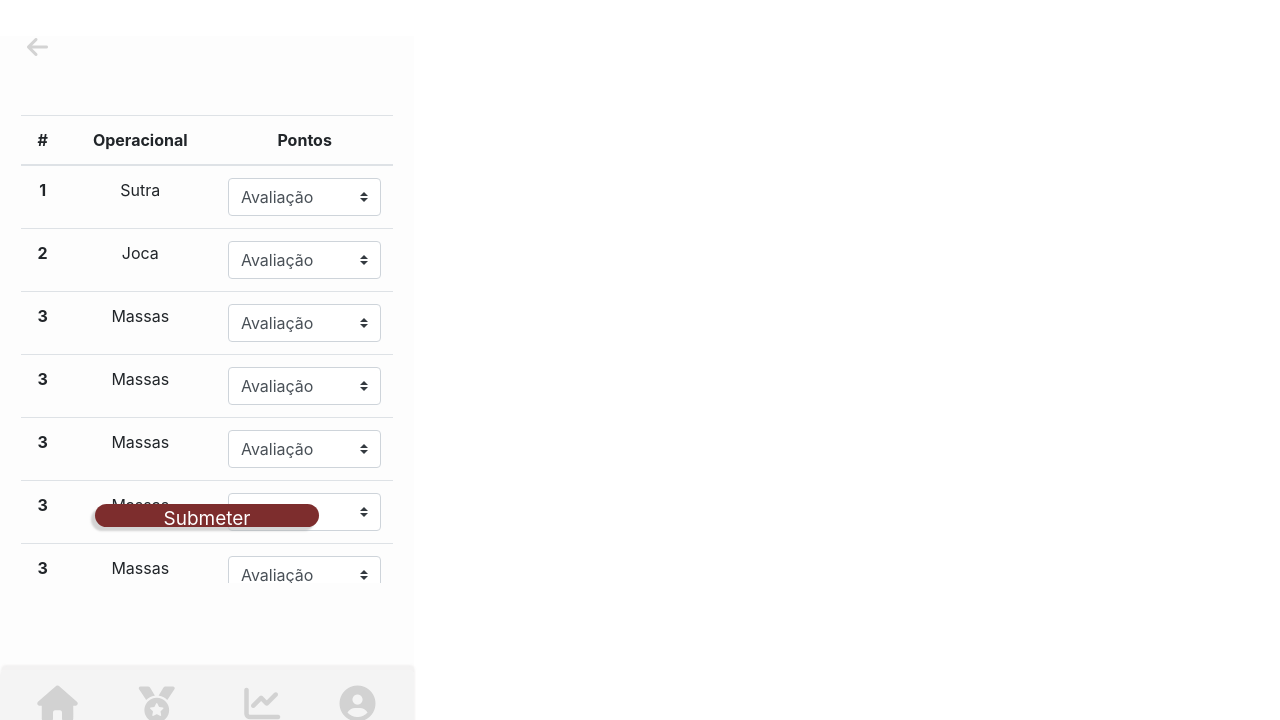
Repository: grupodetrabalhoeficiente/D213
Page: D213/Frontend/AvaliarOperacionais.html
The author's editor kept a record of every edit. The page is drawn from the files as they stood at one moment, then again after the next edit.
The browser window is 1280 px wide. The pictures show the whole page.
Some web libraries are served in a nearby version.

Above is the page before.

After the next edit:
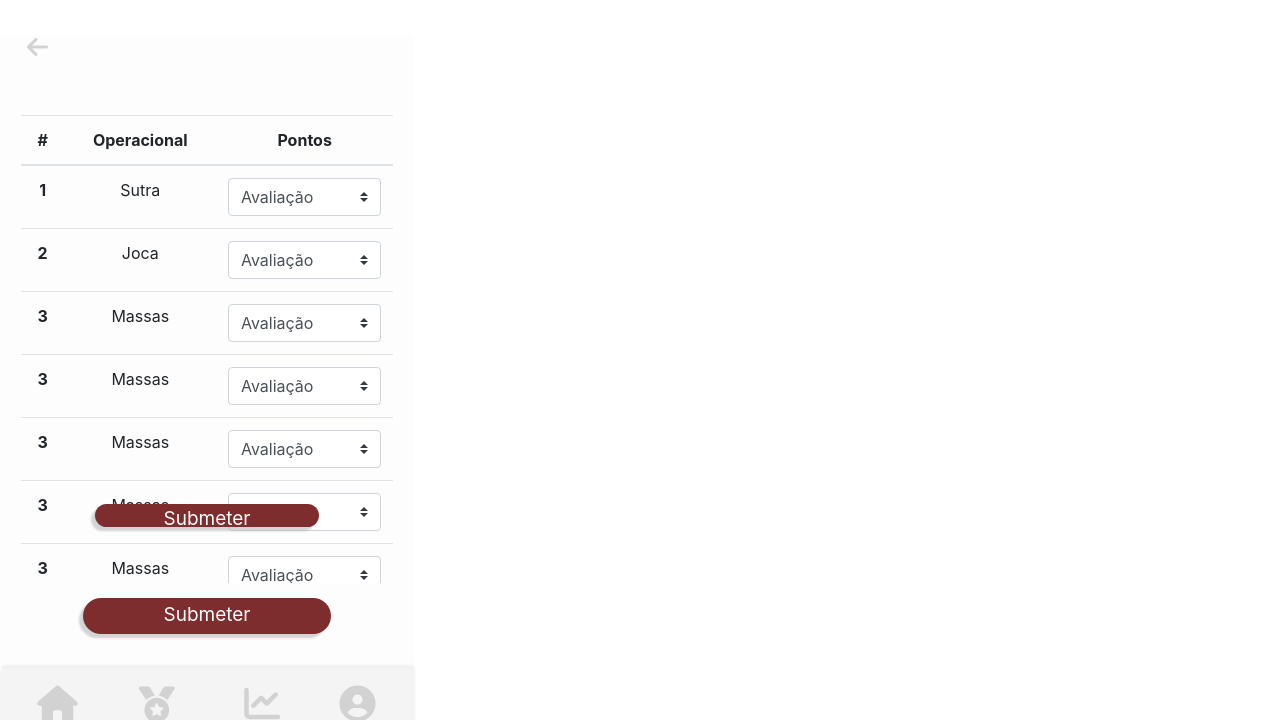
The edit:
--- a/D213/Frontend/AvaliarOperacionais.html
+++ b/D213/Frontend/AvaliarOperacionais.html
@@ -148,6 +148,7 @@
 <input id="submit" type ="button" class="SubmeterClass" id="SubmeterId" value="Submeter"></input>
 <form id="formAvaliar">
 </div>
+<input id="submit" type ="button" class="SubmeterClass" id="SubmeterId" value="Submeter"></input>
 
 <!--menubar-->
 
